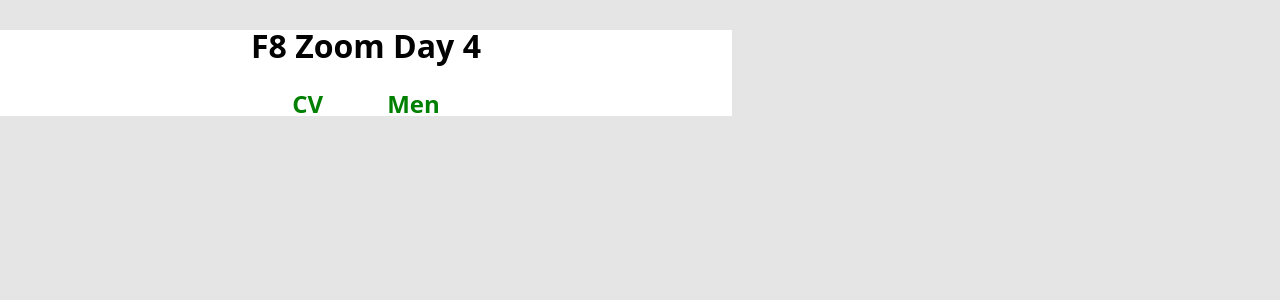
Repository: lannguyen1301/f8-zoom-day-4
Page: index.html
The author's editor kept a copy of each file at every save. The page is drawn from the files as they stood at one save, then again after a run of saves.
The browser window is 1280 px wide. The pictures show the whole page.

Above is the page before, as saved 2025-04-17 22:11:03.

After the next 2 saves:
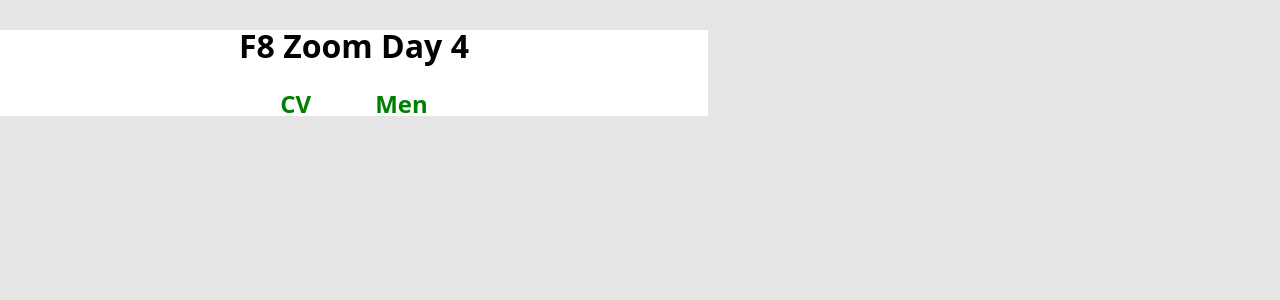
The 2 saves are shown as one change because they came seconds apart.
The last was saved 94 s later.
--- a/assets/css/style.css
+++ b/assets/css/style.css
@@ -15,7 +15,7 @@ a {
 
 .content {
     background-color: #fff;
-    max-width: 732px;
+    max-width: 708px;
 }
 
 .title {
